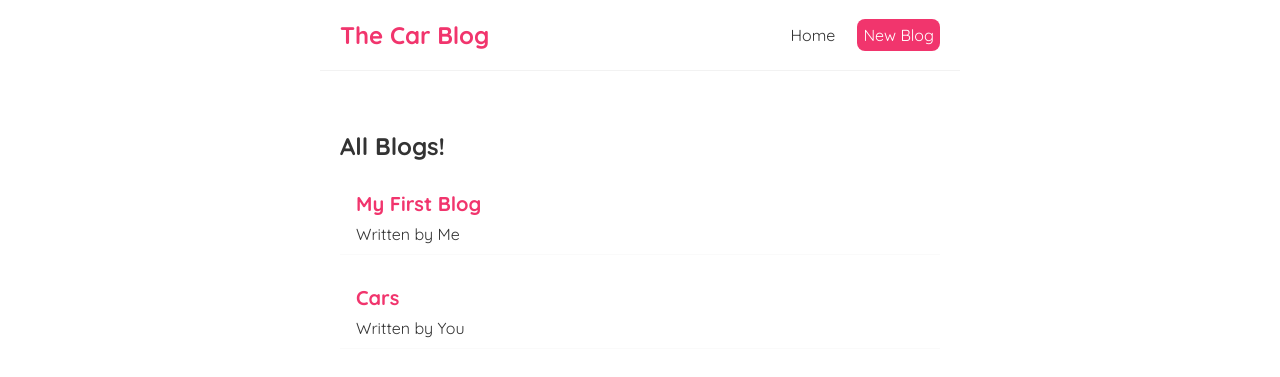
Repository: anuragkej/blogster
Page: /
These files come from the project's save history. The page is drawn as it stood at one moment and after the next save; the edit follows.
The browser window is 1280 px wide. The pictures show the whole page.
The project was rebuilt for these pictures with package versions that can differ from the ones it lists, and the page was loaded fresh each time. Requests to the local data server were answered from the project's data file. Also part of the build but not shown: src/Create.js, src/BlogDetails.js.

Above is the page before, as saved 2024-09-28 02:21:27.

After the next save:
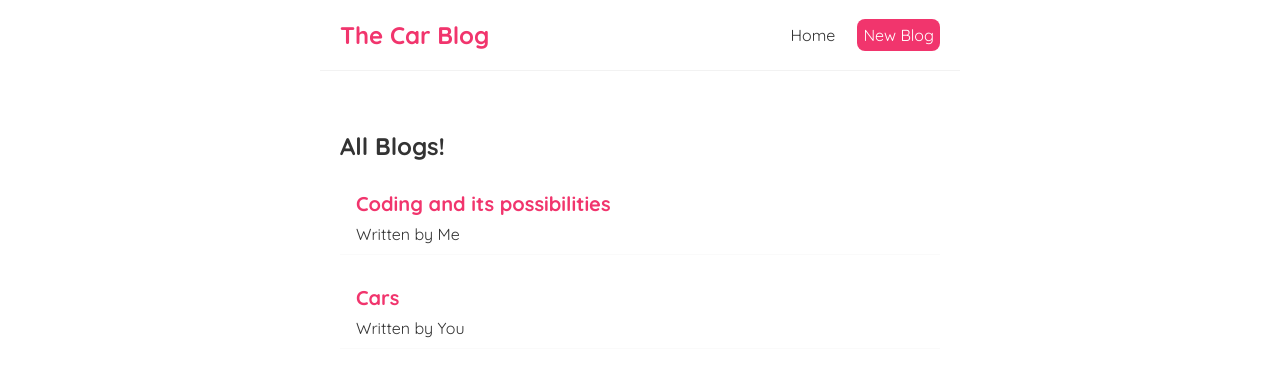
Saved 49 s later.
--- a/data/db.json
+++ b/data/db.json
@@ -1,8 +1,8 @@
 {
   "blogs": [
     {
-      "title": "My First Blog",
-      "body": "Sample Body",
+      "title": "Coding and its possibilities",
+      "body": "The Power of Coding: Unlocking Creativity and Innovation. Coding has become one of the most essential skills in today's digital age. It’s not just about building websites or apps; coding is a tool that empowers creativity, problem-solving, and innovation. From automating repetitive tasks to developing groundbreaking technologies, coding opens endless possibilities. Whether you're a beginner learning basic HTML or an expert mastering machine learning algorithms, the ability to write code lets you bring ideas to life. In a world driven by technology, coding is the language of the future—one line at a time.",
       "author": "Me",
       "id": 1
     },

After the 2 saves that followed:
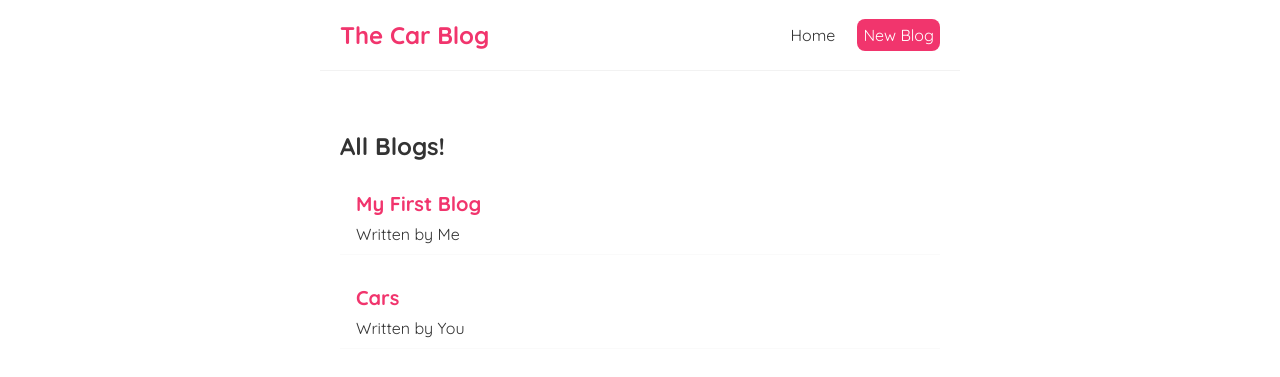
The 2 saves are shown as one change because 1 left the picture as it was.
The last was saved 103 s later.
--- a/data/db.json
+++ b/data/db.json
@@ -1,14 +1,14 @@
 {
   "blogs": [
     {
-      "title": "Coding and its possibilities",
-      "body": "The Power of Coding: Unlocking Creativity and Innovation. Coding has become one of the most essential skills in today's digital age. It’s not just about building websites or apps; coding is a tool that empowers creativity, problem-solving, and innovation. From automating repetitive tasks to developing groundbreaking technologies, coding opens endless possibilities. Whether you're a beginner learning basic HTML or an expert mastering machine learning algorithms, the ability to write code lets you bring ideas to life. In a world driven by technology, coding is the language of the future—one line at a time.",
+      "title": "My First Blog",
+      "body": "Sample Body",
       "author": "Me",
       "id": 1
     },
     {
       "title": "Cars",
-      "body": "The Future of Cars: Electric, Autonomous, and Connected. The automotive industry is shifting rapidly, with three major trends defining its future: electric vehicles, autonomous driving, and connected technology. Electric cars, led by brands like Tesla and Ford, are moving towards a zero-emissions future, offering performance that rivals or even surpasses gas-powered vehicles. Autonomous driving is also progressing, with tech like adaptive cruise control and self-parking giving us a glimpse of fully driverless cars. Finally, connected cars are turning vehicles into digital hubs, linking them to the broader tech ecosystem for smarter, safer driving experiences.The future is here, and it’s electrifying!",
+      "body": "The Future of Cars: Electric, Autonomous, and Connected. The automotive industry is shifting rapidly, with three major trends defining its future: electric vehicles, autonomous driving, and connected technology. Electric cars, led by brands like Tesla and Ford, are moving towards a zero-emissions future, offering performance that rivals or even surpasses gas-powered vehicles. Autonomous driving is also progressing, with tech like adaptive cruise control and self-parking giving us a glimpse of fully driverless cars. Finally, connected cars are turning vehicles into digital hubs, linking them to the broader tech ecosystem for smarter, safer driving experiences. The future is here, and it’s electrifying!",
       "author": "You",
       "id": 2
     }
